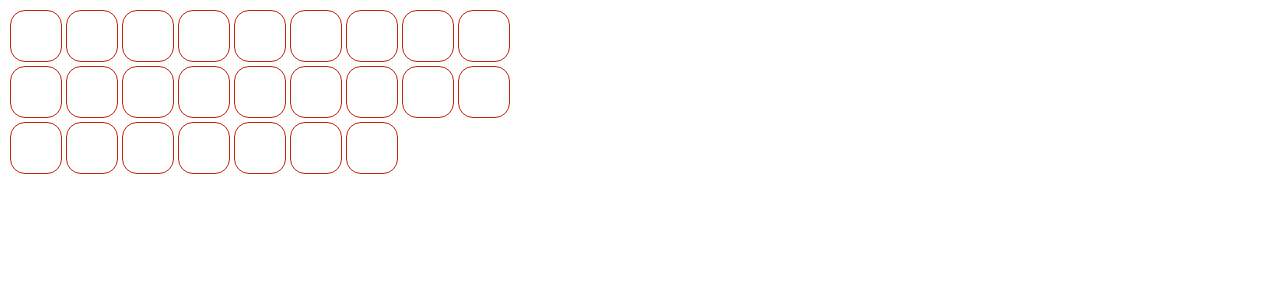
Repository: LechCieslak/anchor_and_anchois
Page: index.html
These files come from the project's save history. The page is drawn as it stood at one moment and after the next save; the edit follows.
The browser window is 1280 px wide. The pictures show the whole page.

Above is the page before, as saved 2020-04-20 21:53:44.

After the next save:
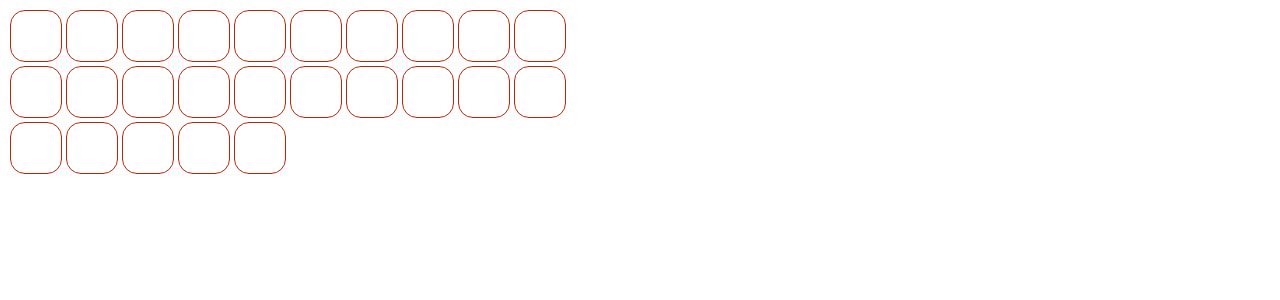
Saved 9 s later.
--- a/style.css
+++ b/style.css
@@ -5,7 +5,7 @@
 
 .row {
     display: inline-block;
-    width: 540px;
+    width: 560px;
     margin: 10px;
  }
 
